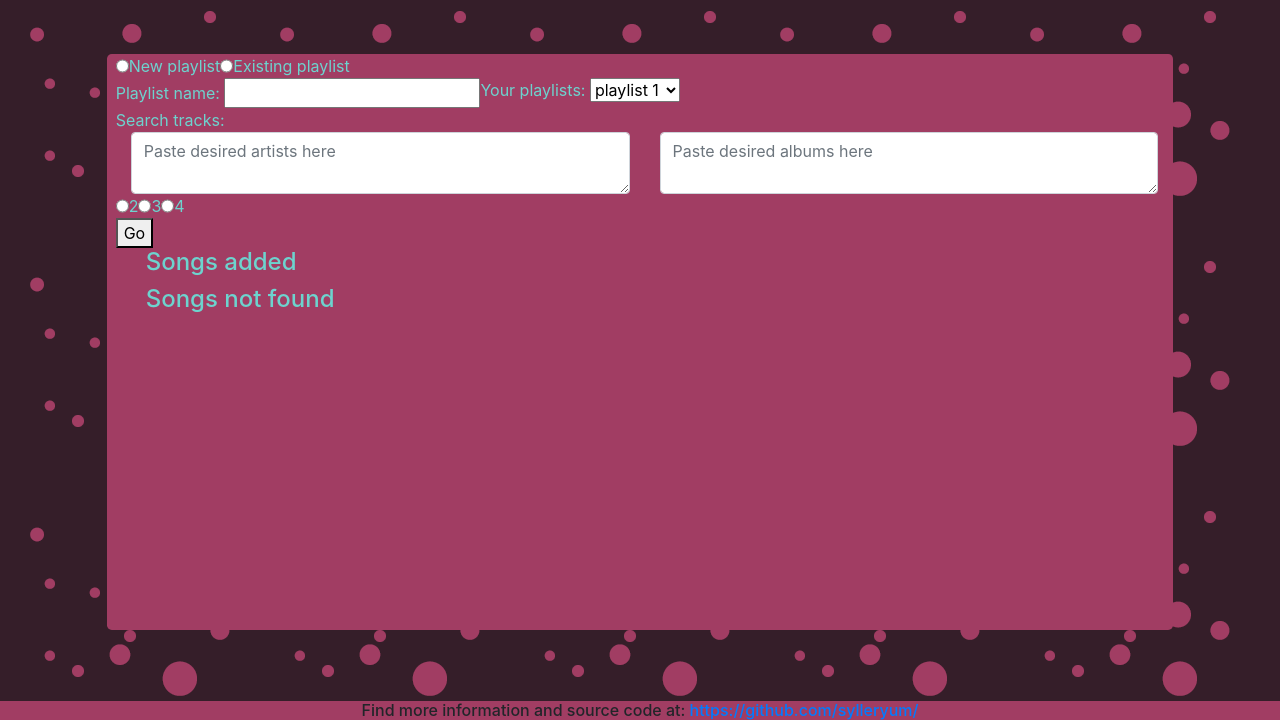
Repository: sylleryum/Frontend
Page: GetTopTracks/index.html
These files come from the project's save history. The page is drawn as it stood at one moment and after the next save; the edit follows.
The browser window is 1280 px wide. The pictures show the whole page.

Above is the page before, as saved 2019-10-13 16:16:09.

After the next save:
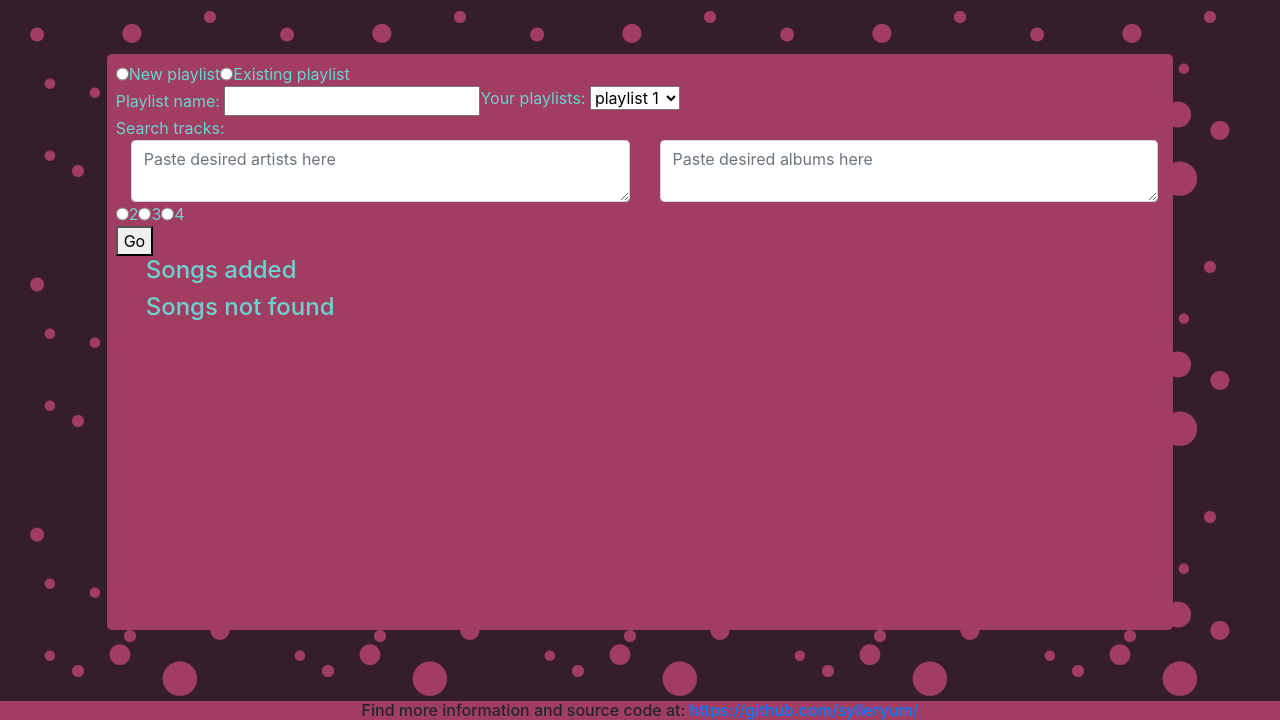
Saved 9 s later.
--- a/GetTopTracks/index.html
+++ b/GetTopTracks/index.html
@@ -20,7 +20,7 @@
 
      <div class="container-fluid h-95">
           <div class="row align-items-center justify-content-center h-95">
-               <div class="h-80 col col-md-10 bg-4 text-1 rounded-lg pl-4 overflow-auto" id="internal-container">
+               <div class="h-80 col col-md-10 bg-4 text-1 rounded-lg pl-4 pt-2 overflow-auto" id="internal-container">
                     <div class="row main-select">
                          <input type="radio" id="rNew" name="playlistRadio" value="new" onchange="radioChecker()">New
                          playlist
